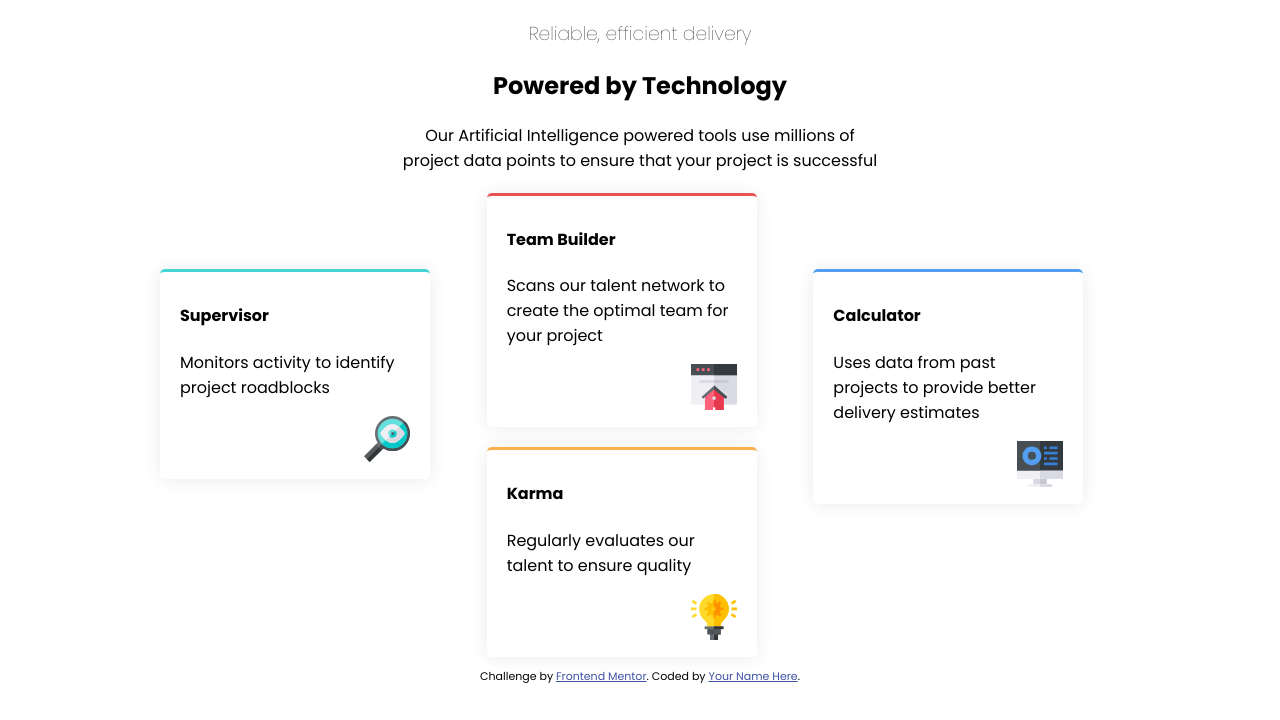
Repository: BuduCE/four-card-feature-section-master
Page: index.html
These files come from the project's save history. The page is drawn as it stood at one moment and after a run of saves; the edit follows.
The browser window is 1280 px wide. The pictures show the whole page.

Above is the page before, as saved 2023-06-01 22:47:34.

### index.html
<!DOCTYPE html>
<html lang="en">
<head>
  <meta charset="UTF-8">
  <meta name="viewport" content="width=device-width, initial-scale=1.0"> <!-- displays site properly based on user's device -->

  <link rel="icon" type="image/png" sizes="32x32" href="./images/favicon-32x32.png">

  <title>Frontend Mentor | Four card feature section</title>

  <link rel="stylesheet" href="styles.css">
  <!-- Gogle font family -->
  <link rel="preconnect" href="https://fonts.googleapis.com">
  <link rel="preconnect" href="https://fonts.gstatic.com" crossorigin>
  <link
    href="https://fonts.googleapis.com/css2?family=Montserrat:ital,wght@0,200;0,300;0,400;0,500;0,600;0,700;0,800;0,900;1,200;1,300;1,400;1,500;1,600;1,700;1,800;1,900&family=Poppins:wght@100;200;300;400;500;700;900&display=swap"
    rel="stylesheet">
</head>
<body>
  <h3 class="light">Reliable, efficient delivery</h3>
  <h2>Powered by Technology</h2>

  <p class="header_detail">Our Artificial Intelligence powered tools use millions of project data points
  to ensure that your project is successful</p>

  <div class="product_card">
    <div class="card_containers">
      <div class="card specialX a">
        <h4>Supervisor</h4>
        <p>Monitors activity to identify project roadblocks</p>
        <img src="./images/icon-supervisor.svg" alt="">
      </div>
    </div>

    <div class="card_containers special">
      <div class="card b">
        <h4>Team Builder</h4>
        <p>Scans our talent network to create the optimal team for your project</p>
        <img src="./images/icon-team-builder.svg" alt="">
      </div>

      <div class="card c">
        <h4>Karma</h4>
        <p>Regularly evaluates our talent to ensure quality</p>
        <img src="./images/icon-karma.svg" alt="">
      </div>
    </div>

    <div class="card_containers">
      <div class="card specialX d">
        <h4>Calculator</h4>
        <p>Uses data from past projects to provide better delivery estimates</p>
        <img src="./images/icon-calculator.svg" alt="">
      </div>
    </div>
  </div>

  <footer>
    <p class="attribution">
      Challenge by <a href="https://www.frontendmentor.io?ref=challenge" target="_blank">Frontend Mentor</a>.
      Coded by <a href="#">Your Name Here</a>.
    </p>
  </footer>
</body>
</html>

### styles.css
.attribution {
    font-size: 11px;
    text-align: center;
}

.attribution a {
    color: hsl(228, 45%, 44%);
}

body {
    font-family: 'Poppins', sans-serif;
    text-align: center;
    width: 75%;
    margin: auto;
}
.light{
    /* font-size: 22px; */
    font-weight: lighter;
}
.header_detail{
    width: 50%;
    margin: auto;
}
.product_card{
    display: grid;
    grid-template-columns: 1fr 1fr 1fr;
    /* display: flex;
    align-items: center; */
    gap: 20px;
    width: 100%;
    margin: auto;
    margin-top: 20px;
}
.card{
    padding: 10px 20px;
    width: 75%;
    text-align: left;
    -webkit-box-shadow: 0px 1px 18px 0px rgba(235, 235, 235, 1);
        -moz-box-shadow: 0px 1px 18px 0px rgba(235, 235, 235, 1);
        box-shadow: 0px 1px 18px 0px rgba(235, 235, 235, 1);
        border-radius: 5px;
}
.specialX{
    margin-top: 25%;
}
.special{
    display: flex;
    flex-direction: column;
    gap: 20px;
}
.a{
    border-top: 3px solid hsl(180, 62%, 55%);
}
.b{
    border-top: 3px solid hsl(0, 78%, 62%);
}
.c{
    border-top: 3px solid hsl(34, 97%, 64%);
}
.d{
    border-top: 3px solid hsl(212, 86%, 64%);
}
.card img{
    width: 20%;
    margin-left: 80%;
}

### images/icon-supervisor.svg
<svg xmlns="http://www.w3.org/2000/svg" width="64" height="64"><g fill="none"><path fill="#676E74" d="M56.842 7.158c-9.526-9.563-24.902-9.525-34.428 0-8.025 8.026-9.45 20.44-3.525 30.003l-2.513 2.55-1.356 6.144 4.214 4.214 5.093-2.408 2.512-2.55a24.254 24.254 0 0030.003-3.525c9.563-9.526 9.525-24.902 0-34.428z"/><path fill="#474F54" d="M24.327 47.661l2.512-2.55a24.254 24.254 0 0030.003-3.525c9.563-9.526 9.525-24.902 0-34.428l-40.26 40.26 2.652 2.651 5.093-2.408z"/><path fill="#64E1DC" d="M54.213 9.787a20.56 20.56 0 00-14.585-6.041C28.236 3.746 19 12.98 19 24.372a20.564 20.564 0 006.041 14.586 20.564 20.564 0 0014.586 6.04c11.392 0 20.626-9.234 20.626-20.626a20.56 20.56 0 00-6.041-14.585z"/><path fill="#00C8C8" d="M60.254 24.372a20.56 20.56 0 00-6.041-14.585l-29.17 29.17A20.564 20.564 0 0039.627 45c11.392 0 20.626-9.235 20.626-20.627z"/><path fill="#EFEFF4" d="M56.239 23.41c-.184-.307-2.98-4.914-7.281-8.368-2.63-2.113-5.822-3.796-9.33-3.796-9.242 0-16.314 11.669-16.61 12.165l-.576.961.575.961c.184.309 2.98 4.916 7.28 8.37 2.631 2.112 5.823 3.795 9.33 3.795 9.243 0 16.315-11.668 16.612-12.165l.574-.96-.574-.962z"/><path fill="#DADAE5" d="M56.239 25.333l.574-.96-.574-.962c-.184-.308-2.98-4.915-7.281-8.369l-18.66 18.66c2.63 2.113 5.822 3.796 9.33 3.796 9.242 0 16.314-11.668 16.61-12.165z"/><path fill="#64E1DC" d="M43.604 20.396a5.607 5.607 0 00-3.976-1.65 5.632 5.632 0 00-5.626 5.626c0 1.551.631 2.958 1.65 3.976a5.609 5.609 0 003.976 1.65 5.632 5.632 0 005.625-5.626c0-1.55-.63-2.957-1.649-3.976z"/><path fill="#00C8C8" d="M45.253 24.372c0-1.55-.63-2.957-1.649-3.976l-7.952 7.952a5.608 5.608 0 003.976 1.65 5.632 5.632 0 005.625-5.626z"/><path fill="#676E74" d="M40.954 23.046a1.876 1.876 0 10-1.326 3.2 1.876 1.876 0 001.326-3.2z"/><path fill="#474F54" d="M41.503 24.372c0-.517-.21-.986-.55-1.326l-2.65 2.652a1.876 1.876 0 003.2-1.326z"/><path fill="#575C60" d="M20.333 43.667l-3.957-3.957L0 56.049l3.975 3.976L7.951 64l16.376-16.339z"/><path fill="#333637" d="M24.327 47.661l-3.994-3.994L3.975 60.025 7.951 64z"/></g></svg>

After the next 2 saves:
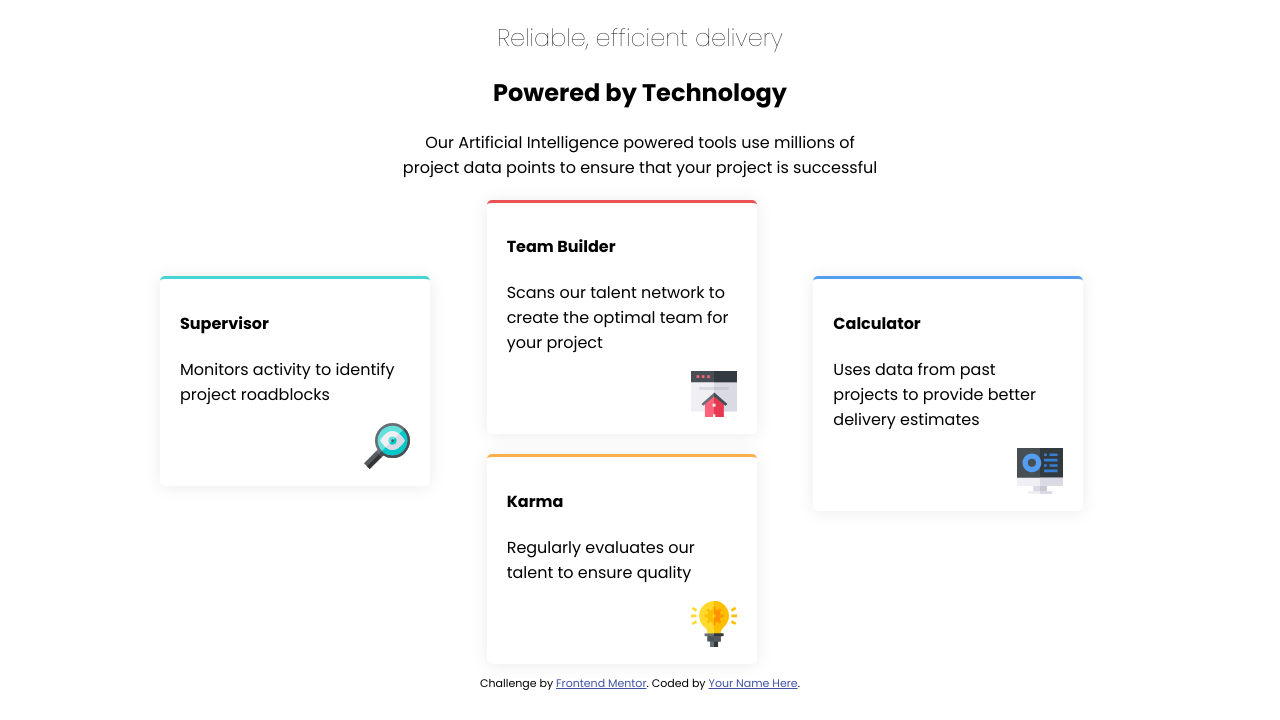
The 2 saves are shown as one change because they came seconds apart.
The last was saved 10 s later.
--- a/index.html
+++ b/index.html
@@ -17,7 +17,7 @@
     rel="stylesheet">
 </head>
 <body>
-  <h3 class="light">Reliable, efficient delivery</h3>
+  <h2 class="light">Reliable, efficient delivery</h2>
   <h2>Powered by Technology</h2>
 
   <p class="header_detail">Our Artificial Intelligence powered tools use millions of project data points
